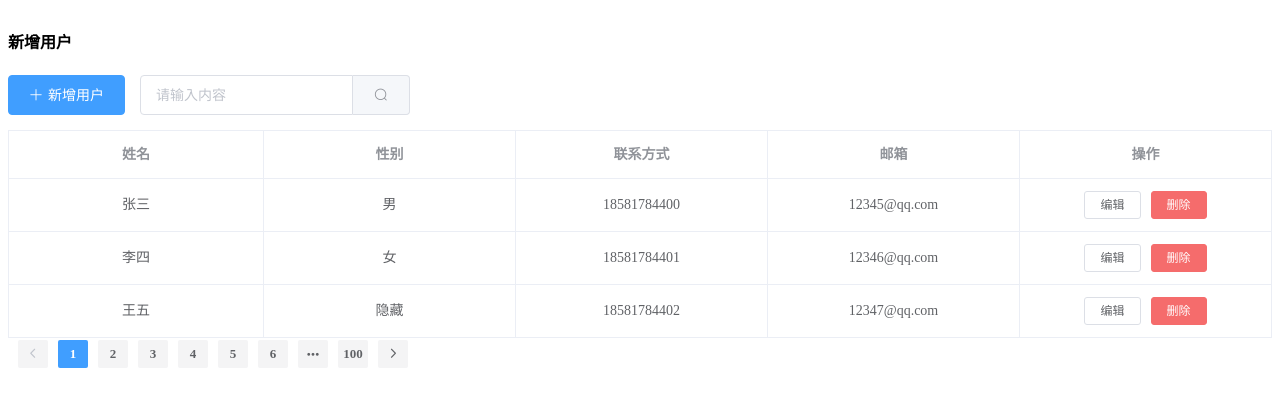
Repository: xinwuhao/New-user
Page: /
These files come from the project's save history. The page is drawn as it stood at one moment and after the next save; the edit follows.
The browser window is 1280 px wide. The pictures show the whole page.
The project was rebuilt for these pictures with package versions that can differ from the ones it lists, and the page was loaded fresh each time.

Above is the page before, as saved 2021-12-21 17:10:19.

### src/main.js
import Vue from 'vue'
import App from './App.vue'
import router from './router'
import store from './store'
import ElementUI from 'element-ui';
import 'element-ui/lib/theme-chalk/index.css';

Vue.use(ElementUI);
Vue.config.productionTip = false

new Vue({
  router,
  store,
  el: '#app',
  render: h => h(App)
}).$mount('#app')

### src/views/Home.vue
<template>
  <div class="container">
    <div class="content">
      <h4>新增用户</h4>
      <div class="flex">
        <el-button
          type="primary"
          icon="el-icon-plus"
          @click="dialogVisible = true"
          >新增用户</el-button
        >
        <div style="margin-left: 15px">
          <el-input
            placeholder="请输入内容"
            v-model="input"
            @input="seek(list, input)"
          >
            <el-button
              slot="append"
              icon="el-icon-search"
              @click="search(list, input)"
            ></el-button>
          </el-input>
        </div>
      </div>
      <!-- 用户列表 -->
      <div>
        <el-table :data="arr" border style="width: 100%">
          <el-table-column prop="name" label="姓名" align="center">
          </el-table-column>
          <el-table-column prop="sex" label="性别" align="center">
          </el-table-column>
          <el-table-column prop="contact" label="联系方式" align="center">
          </el-table-column>
          <el-table-column prop="mailbox" label="邮箱" align="center">
          </el-table-column>
          <el-table-column label="操作" align="center">
            <template slot-scope="scope">
              <el-button size="mini" @click="Edit(scope.$index, scope.row)"
                >编辑</el-button
              >
              <el-button
                size="mini"
                type="danger"
                @click="Delete(scope.$index, scope.row)"
                >删除</el-button
              >
            </template>
          </el-table-column>
        </el-table>
        <div style="">
          <el-pagination background layout="prev, pager, next" :total="1000">
          </el-pagination>
        </div>
      </div>
      <!-- 新增内容弹出层 -->
      <el-dialog title="提示" :visible.sync="dialogVisible" width="30%">
        <el-form
          :model="ruleForm"
          :rules="rules"
          ref="ruleForm"
          label-width="100px"
          class="demo-ruleForm"
        >
          <el-form-item label="名称" prop="name">
            <el-input v-model="ruleForm.name"></el-input>
          </el-form-item>
          <el-form-item label="性别" prop="sex">
            <el-radio-group
              v-model="ruleForm.sex"
              v-for="(item, index) in sex"
              :key="index"
            >
              <el-radio :label="item" style="margin-right: 10px"></el-radio>
            </el-radio-group>
          </el-form-item>
          <el-form-item label="手机号码" prop="contact">
            <el-input v-model="ruleForm.contact"></el-input>
          </el-form-item>
          <el-form-item label="邮箱" prop="mailbox">
            <el-input v-model="ruleForm.mailbox"></el-input>
          </el-form-item>
          <el-form-item>
            <el-button type="primary" @click="submitForm('ruleForm')">
              <div v-if="edit == false">立即新增</div>
              <div v-else>修改</div>
            </el-button>
            <el-button @click="resetForm('ruleForm')">取消</el-button>
          </el-form-item>
        </el-form>
      </el-dialog>
    </div>
  </div>
</template>

<script>
//引入子组件

export default {
  name: "",
  props: {},
  data() {
    return {
      dialogVisible: false,
      edit: false,
      id: "",
      input: "",
      list: [
        {
          name: "张三",
          sex: "男",
          contact: "18581784400",
          mailbox: "12345@qq.com",
        },
        {
          name: "李四",
          sex: "女",
          contact: "18581784401",
          mailbox: "12346@qq.com",
        },
        {
          name: "王五",
          sex: "隐藏",
          contact: "18581784402",
          mailbox: "12347@qq.com",
        },
      ],
      arr: [],
      sex: ["隐藏", "男", "女"],
      ruleForm: {
        name: "",
        sex: "",
        contact: "",
        mailbox: "",
      },
      rules: {
        name: [
          { required: true, message: "请输入用户名称", trigger: "blur" },
          { min: 1, max: 5, message: "长度在 1 到 5 个字符", trigger: "blur" },
        ],
        contact: [
          { required: true, message: "请输入手机号码", trigger: "blur" },
          { min: 11, max: 11, message: "输入的手机号码有误", trigger: "blur" },
          {
            pattern:
              /^(?:(?:\+|00)86)?1(?:(?:3[\d])|(?:4[5-79])|(?:5[0-35-9])|(?:6[5-7])|(?:7[0-8])|(?:8[\d])|(?:9[189]))\d{8}$/,
            message: "输入的手机号码有误",
            trigger: "blur",
          },
        ],
        mailbox: [
          { required: true, message: "请输入邮箱", trigger: "blur" },
          {
            pattern:
              /^(([^<>()[\]\\.,;:\s@"]+(\.[^<>()[\]\\.,;:\s@"]+)*)|(".+"))@((\[[0-9]{1,3}\.[0-9]{1,3}\.[0-9]{1,3}\.[0-9]{1,3}\])|(([a-zA-Z\-0-9]+\.)+[a-zA-Z]{2,}))$/,
            message: "输入的邮箱有误",
            trigger: "blur",
          },
        ],
        sex: [{ required: true, message: "性别", trigger: "change" }],
      },
    };
  },
  components: {},
  methods: {
    //表单创建按钮
    submitForm(formName) {
      this.$refs[formName].validate((valid) => {
        if (valid) {
          this.dialogVisible = false;
          if (this.edit == false) {
            //新增
            this.$message.success("新增成功");
            this.list.unshift(this.ruleForm);
          } else {
            //修改
            this.$message.success("修改成功");
            this.list.map((item, index) => {
              if (this.id == index) {
                item = this.ruleForm;
              }
            });
          }
          this.edit = false;
        } else {
          this.$message.error("您还有信息没有填写或者填写的信息有误");
          return false;
        }
      });
    },
    //表单取消按钮
    resetForm(formName) {
      this.$refs[formName].resetFields();
      this.dialogVisible = false;
      this.edit = false;
    },
    //搜索
    search(list, e) {
      let reg = new RegExp(e);
      this.arr = [];
      for (let i = 0; i < list.length; i++) {
        if (reg.test(list[i].name)) {
          this.arr.push(list[i]);
        }
      }
    },
    seek(list, e) {
      let reg = new RegExp(e);
      this.arr = [];
      for (let i = 0; i < list.length; i++) {
        if (reg.test(list[i].name)) {
          this.arr.push(list[i]);
        }
      }
      console.log(this.arr);
    },
    //编辑
    Edit(index, row) {
      this.dialogVisible = true;
      this.ruleForm = row;
      this.edit = true;
      this.id = index;
    },
    //删除
    Delete(id, row) {
      let data = [];
      this.list.map((item, index) => {
        if (index != id) {
          data.push(item);
        }
        return;
      });
      this.list = data;
      this.arr = this.list;
    },
  },
  mounted() {
    this.arr = this.list;
  },
  computed: {},
  watch: {},
};
</script>

<style lang='scss' scoped>
.container {
  display: flex;
  justify-content: center;
}
.content {
  width: 1450px;
  /* 注意适配的宽度必须大于最小适配宽度 */
}
.flex {
  display: flex;
  margin-bottom: 15px;
}
</style>

Loaded but not shown: public/index.html (common file); src/App.vue (common file); src/router/index.js (common file); src/store/index.js (common file)

After the next save:
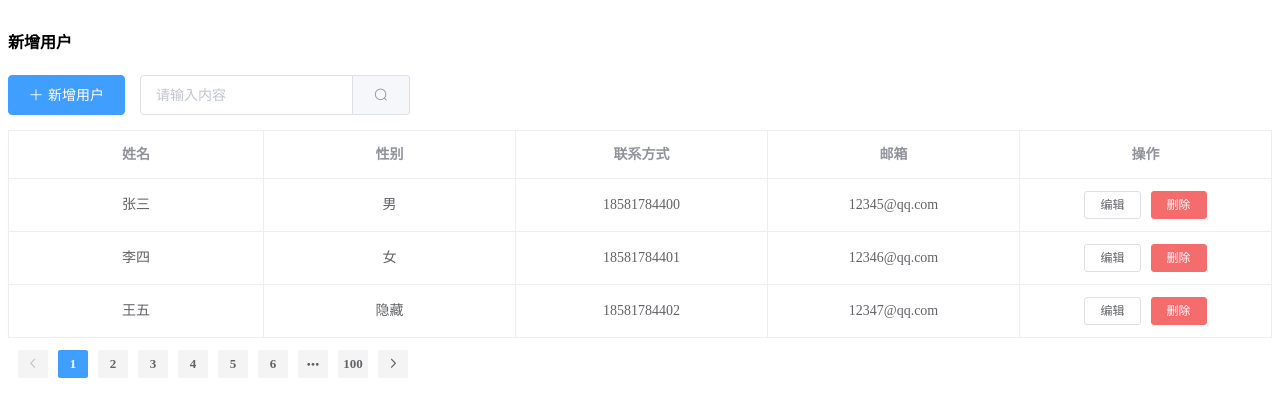
Saved 13 s later.
--- a/src/views/Home.vue
+++ b/src/views/Home.vue
@@ -48,7 +48,7 @@
             </template>
           </el-table-column>
         </el-table>
-        <div style="">
+        <div style="margin-top: 10px;">
           <el-pagination background layout="prev, pager, next" :total="1000">
           </el-pagination>
         </div>
